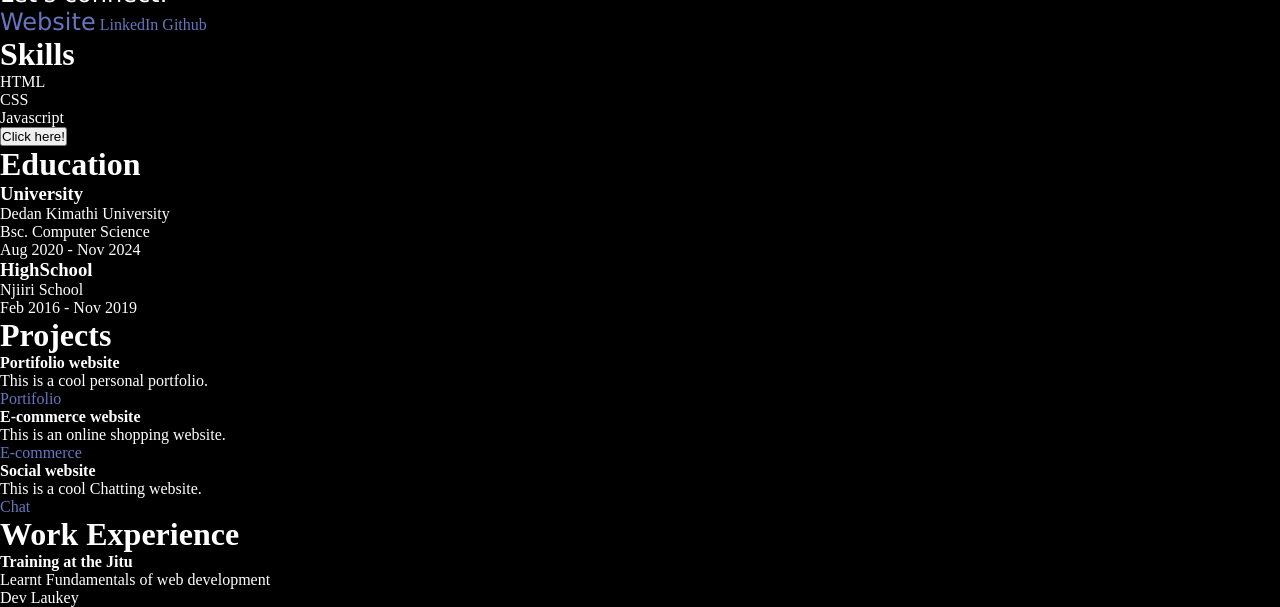
Repository: LaukeyMwaura/Jitu-Day-2
Page: index.html
The author's editor kept a copy of each file at every save. The page is drawn from the files as they stood at one save, then again after the next save.
The browser window is 1280 px wide. The pictures show the part of the page from y = 640 to 1283 px (the page is 1247 px tall before and 1283 px after).
A picture or video elsewhere on the page could not be fetched, so the positions and the page height are approximate.

Above is the page before, as saved 2022-05-12 00:22:53.

After the next save:
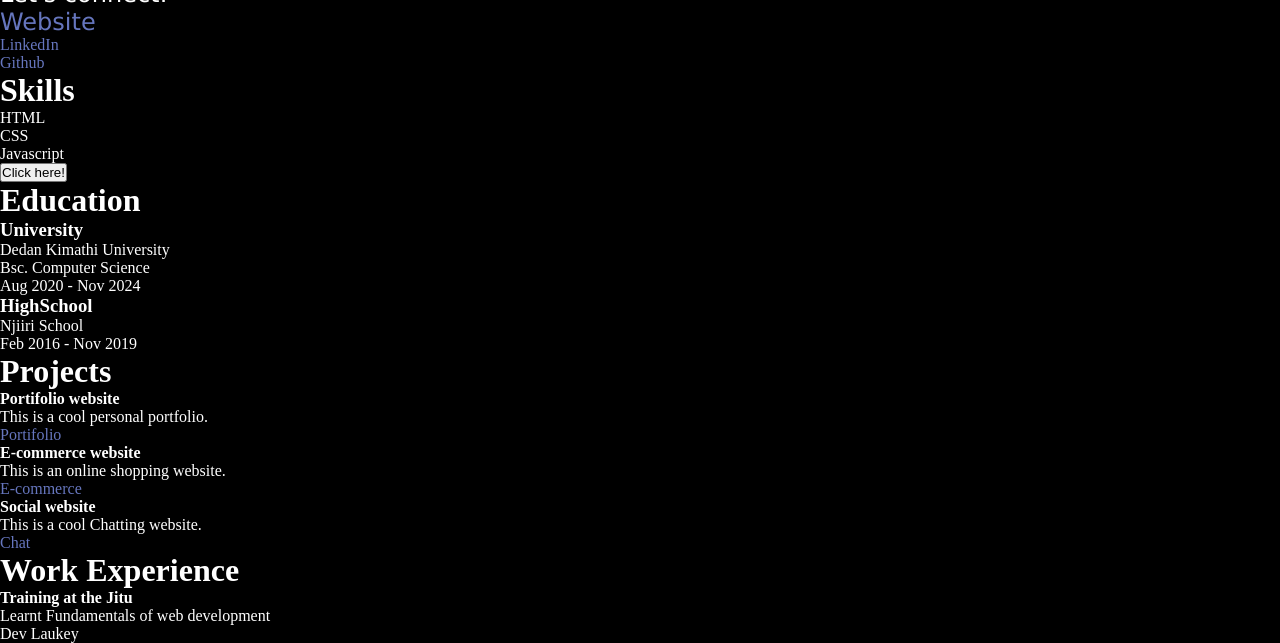
Saved 50 s later.
--- a/index.html
+++ b/index.html
@@ -35,11 +35,15 @@
       </div>
 
       <p class="text">Let's connect:</p>
+      <ul>
       <a class="text" target="_blank" href="https://devlaukey.netlify.com/">Website</a>
-      <a target="_blank" href="https://www.linkedin.com/in/devlaukey/"
+        <li> <a target="_blank" href="https://www.linkedin.com/in/devlaukey/"
         >LinkedIn</a
-      >
-      <a target="_blank" href="https://github.com/DevLaukey">Github</a>
+      ></li>
+        <li>
+      <a target="_blank" href="https://github.com/DevLaukey">Github</a></li>
+      </ul>
+
     </div>
     <div class="skills" id="skills" >
       <h1>Skills</h1>
